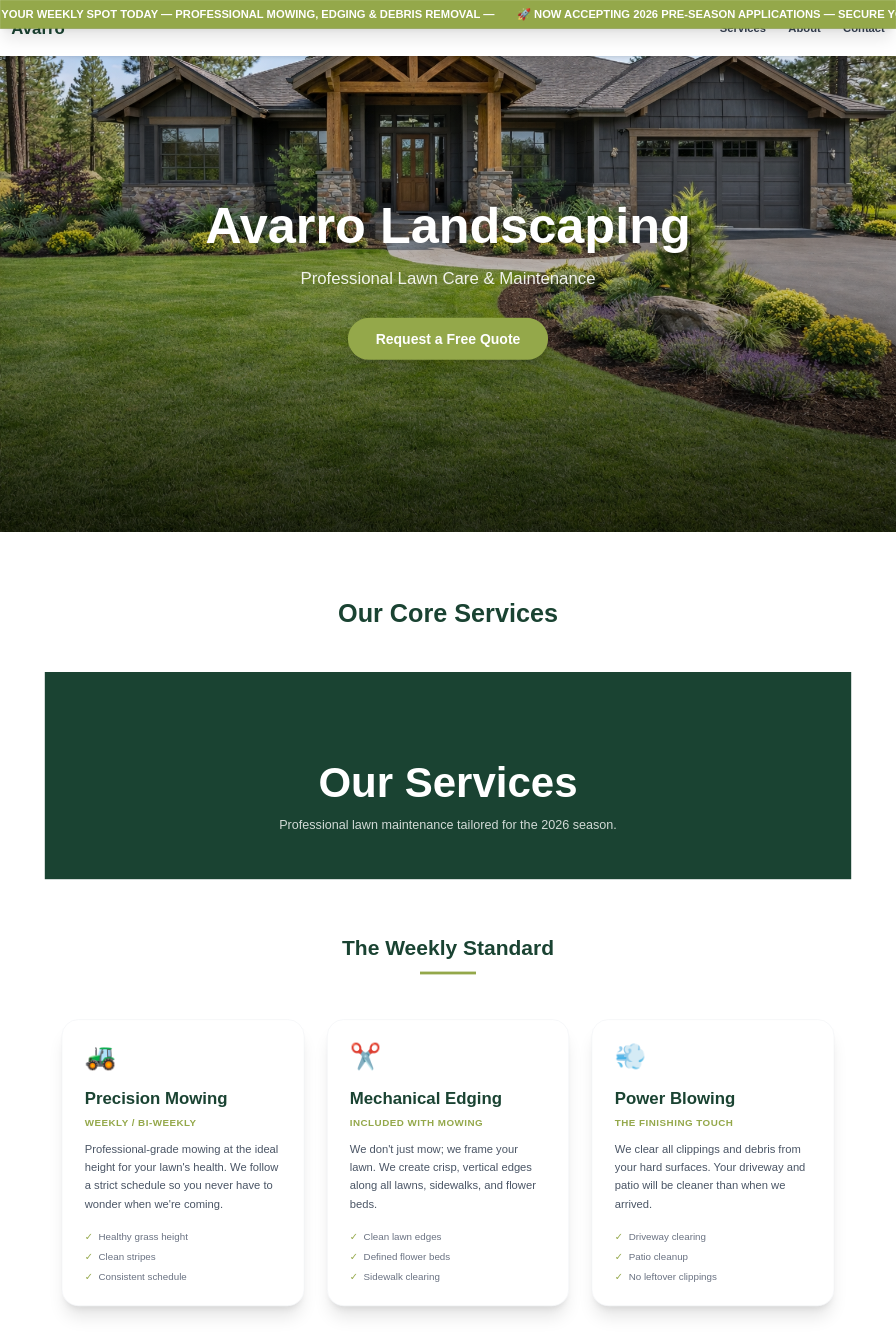
Repository: KalebMalone/Avarro
Page: /
These files come from the project's save history. The page is drawn as it stood at one moment and after the next save; the edit follows.
The browser window is 1280 px wide. The pictures show the part of the page from y = 0 to 1920 px (the page is 4283 px tall), at 70% of full size.
The project was rebuilt for these pictures with package versions that can differ from the ones it lists, and the page was loaded fresh each time. Also part of the build but not shown: vite.config.js, src/pages/ServicesPage.jsx, src/pages/About.jsx, src/pages/Contact.jsx.

Above is the page before, as saved 2026-01-28 16:34:01.

After the next save:
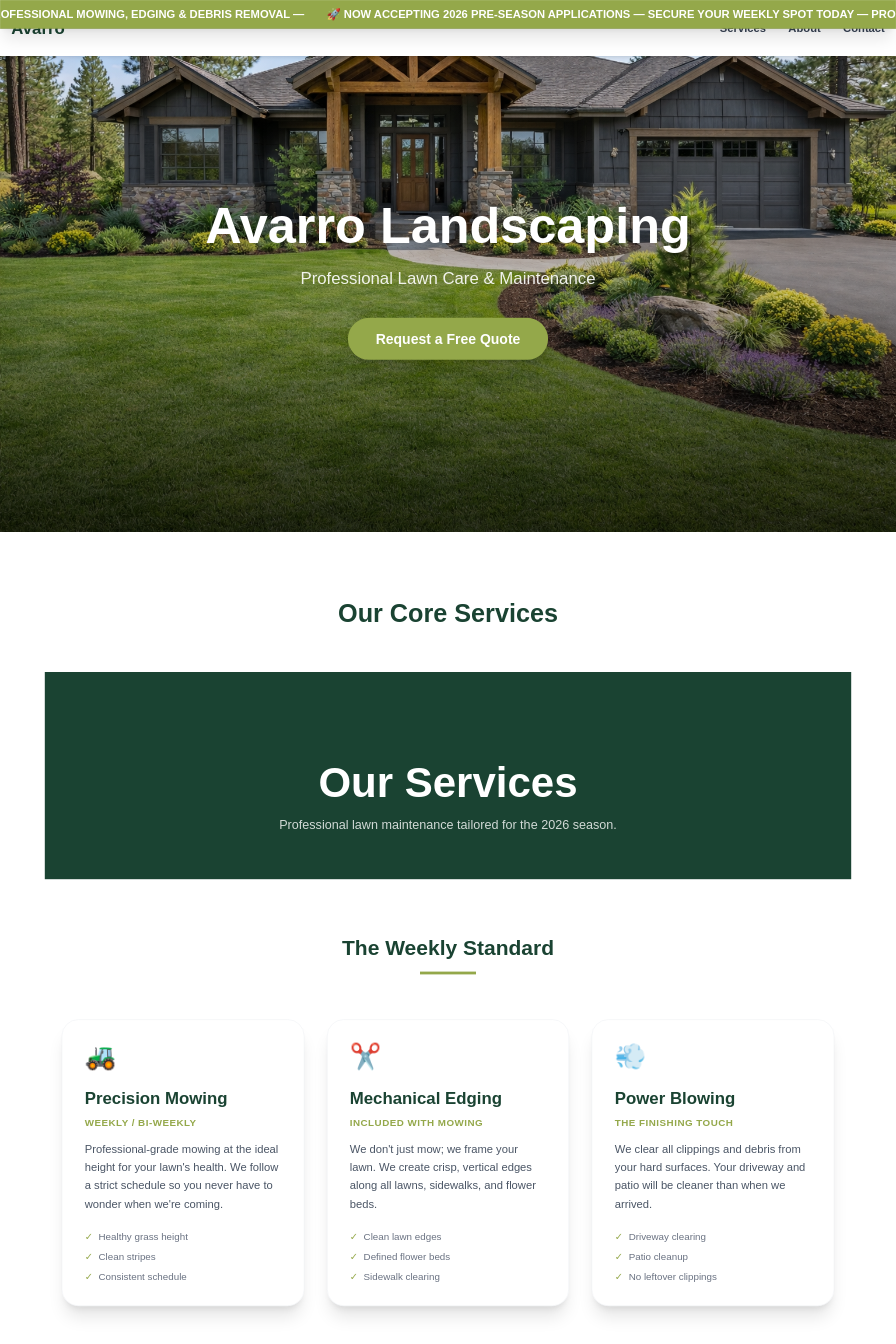
Saved 64 s later.
--- a/src/pages/Home.jsx
+++ b/src/pages/Home.jsx
@@ -5,9 +5,13 @@
 export default function Home() {
     return (
         <div className="bg-white">
-            {/* FIXED BANNER - This will stay at the top 100% */}
+            {/* FIXED INFINITE BANNER */}
             <div className="fixed top-0 left-0 w-full z-[1000] bg-[#94a84a] text-white py-2 shadow-xl marquee-container border-b border-black/10">
                 <div className="animate-marquee-custom">
+                    {/* Triple the text for a seamless loop */}
+                    <span className="text-sm md:text-base font-bold px-4">
+                        🚀 NOW ACCEPTING 2026 PRE-SEASON APPLICATIONS — SECURE YOUR WEEKLY SPOT TODAY — PROFESSIONAL MOWING, EDGING & DEBRIS REMOVAL —
+                    </span>
                     <span className="text-sm md:text-base font-bold px-4">
                         🚀 NOW ACCEPTING 2026 PRE-SEASON APPLICATIONS — SECURE YOUR WEEKLY SPOT TODAY — PROFESSIONAL MOWING, EDGING & DEBRIS REMOVAL —
                     </span>
@@ -17,14 +21,14 @@
                 </div>
             </div>
 
-            {/* SPACER - This prevents the banner from covering the top of your site */}
+            {/* Spacer to account for the fixed banner height */}
             <div className="h-[40px]"></div>
 
             <Hero />
 
             {/* Services Section */}
-            <section className="py-24 px-6 bg-white">
-                <div className="max-w-6xl mx-auto">
+            <section className="relative py-24 px-6 bg-white">
+                <div className="relative max-w-6xl mx-auto">
                     <h2 className="text-4xl font-extrabold text-center mb-16 text-[#1a4332]">
                         Our Core Services
                     </h2>
@@ -32,12 +36,12 @@
                 </div>
             </section>
 
-            {/* Custom Requests */}
+            {/* Custom Requests Section */}
             <section className="py-20 bg-white">
                 <div className="max-w-4xl mx-auto px-6">
                     <div className="bg-[#1a4332] rounded-3xl p-8 md:p-12 text-center text-white shadow-2xl">
-                        <h2 className="text-3xl font-bold mb-4">Need something else?</h2>
-                        <p className="text-xl opacity-90 mb-8 text-center">
+                        <h2 className="text-3xl font-bold mb-4 text-white">Need something else?</h2>
+                        <p className="text-xl opacity-90 mb-8">
                             From **debris removal** and branch hauling to unique garden projects—we handle custom requests.
                         </p>
                         <Link to="/contact" className="inline-block bg-[#94a84a] hover:bg-white hover:text-[#1a4332] text-white px-8 py-3 rounded-full font-bold transition-all no-underline">
@@ -50,7 +54,7 @@
             {/* The Avarro Standard */}
             <section className="py-24 bg-gray-50">
                 <div className="max-w-6xl mx-auto px-6 text-center">
-                    <h2 className="text-3xl md:text-4xl font-extrabold text-[#1a4332] mb-16">
+                    <h2 className="text-3xl md:text-4xl font-extrabold text-[#1a4332] mb-16 text-center">
                         The Avarro Standard
                     </h2>
                     <div className="grid grid-cols-1 sm:grid-cols-2 lg:grid-cols-4 gap-8">
